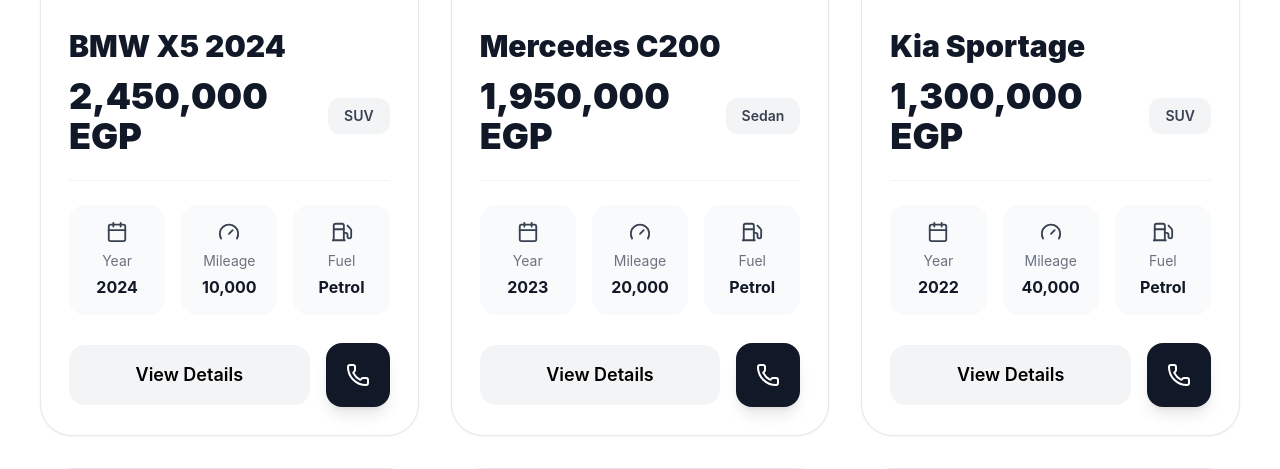
Repository: Hazem-Amr/Car-Price-Prediction
Page: / (app in frontend/)
The author's editor kept a copy of each file at every save. The page is drawn from the files as they stood at one save, then again after the next save.
The browser window is 1280 px wide. The pictures show the part of the page from y = 1918 to 2387 px (the page is 7592 px tall).
Pictures or frames that could not be fetched are drawn as grey boxes. The project was rebuilt for these pictures with package versions that can differ from the ones it lists, and the page was loaded fresh each time. Also part of the build but not shown: frontend/vite.config.js, frontend/src/components/PricePredictorSection.jsx, frontend/src/data/userListings.js, frontend/src/components/CarsFilter.jsx, frontend/src/pages/Cars.jsx, frontend/src/pages/CarDetails.jsx, frontend/src/pages/Brands.jsx, frontend/src/pages/About.jsx and 5 more.

Above is the page before, as saved 2026-05-27 22:58:34.

### frontend/index.html
<!doctype html>
<html lang="en">
  <head>
    <meta charset="UTF-8" />
    <link rel="icon" type="image/svg+xml" href="/favicon.svg" />
    <meta name="viewport" content="width=device-width, initial-scale=1.0" />
    <title>Tara</title>
  </head>
  <body>
    <div id="root"></div>
    <script type="module" src="/src/main.jsx"></script>
  </body>
</html>

### frontend/src/App.jsx
import React from "react";
import { Routes, Route } from "react-router-dom";
import MainLayout from "./layouts/MainLayout";
import Home from "./pages/Home";
import Cars from "./pages/Cars";
import CarDetails from "./pages/CarDetails";
import Brands from "./pages/Brands";
import About from "./pages/About";
import Contact from "./pages/Contact";
import PricePredictor from "./pages/PricePredictor";
import SellCar from "./pages/SellCar";

export default function App() {
  return (
    <Routes>
      <Route path="/" element={<MainLayout />}>
        <Route index element={<Home />} />
        <Route path="/cars" element={<Cars />} />
        <Route path="/cars/:id" element={<CarDetails />} />
        <Route path="/brands" element={<Brands />} />
        <Route path="/price-predictor" element={<PricePredictor />} />
        <Route path="/sell-car" element={<SellCar />} />
        <Route path="/about" element={<About />} />
        <Route path="/contact" element={<Contact />} />
      </Route>
    </Routes>
  );
}

### frontend/src/index.css
@tailwind base;
@tailwind components;
@tailwind utilities;

html,
body,
#root {
  width: 100%;
  min-height: 100%;
  margin: 0;
  padding: 0;
  overflow-x: hidden;
}

body {
  font-family: Inter, sans-serif;
  background: #ffffff;
}

* {
  box-sizing: border-box;
}

### frontend/src/layouts/MainLayout.jsx
import React from "react";
import { Outlet } from "react-router-dom";
import Navbar from "../components/Navbar";
import Footer from "../components/Footer";

export default function MainLayout() {
  return (
    <div className="w-full min-h-screen bg-white overflow-x-hidden">
      <Navbar />

      <main className="w-full">
        <Outlet />
      </main>

      <Footer />
    </div>
  );
}

### frontend/src/pages/Home.jsx
import Hero from "../components/Hero";
import SearchBar from "../components/SearchBar";
import FeaturedCars from "../components/FeaturedCars";
import BrandGrid from "../components/BrandGrid";
import StatsSection from "../components/StatsSection";
import CTASection from "../components/CTASection";
import PricePredictor from "../components/PricePredictorSection";
import BrowseCategories from "../components/BrowseCategories";

export default function Home() {
  return (
    <>
      <Hero />
      <SearchBar />
      <BrowseCategories />
      <FeaturedCars />
      <BrandGrid />
      <StatsSection />
      <CTASection />
    </>
  );
}

### frontend/src/components/Navbar.jsx
import React, { useState } from "react";
import { Link, NavLink } from "react-router-dom";
import { Menu, X } from "lucide-react";
import logo from "../assets/logo.png";

const navLinks = [
  {
    name: "Home",
    path: "/",
  },

  {
    name: "Cars",
    path: "/cars",
  },

  {
    name: "Brands",
    path: "/brands",
  },

  {
    name: "AI Pricing",
    path: "/price-predictor",
  },

  {
    name: "About",
    path: "/about",
  },

  {
    name: "Contact",
    path: "/contact",
  },
];

export default function Navbar() {
  const [isOpen, setIsOpen] = useState(false);

  return (
    <header className="fixed top-0 left-0 w-full z-50 bg-white/90 backdrop-blur-xl border-b border-gray-100">
      <div className="max-w-[1400px] mx-auto px-6 md:px-10">
        <div className="flex items-center justify-between h-24">
          {/* Logo */}
          <Link to="/" className="flex items-center">
            <img src={logo} alt="Tara Logo" className="h-14 object-contain" />
          </Link>

          {/* Desktop Nav */}
          <nav className="hidden lg:flex items-center gap-10">
            {navLinks.map((link) => (
              <NavLink
                key={link.name}
                to={link.path}
                className={({ isActive }) =>
                  `text-lg font-semibold transition-all duration-300 ${
                    isActive
                      ? "text-gray-900"
                      : "text-gray-500 hover:text-gray-900"
                  }`
                }
              >
                {link.name}
              </NavLink>
            ))}

            {/* CTA */}
            <Link to="/sell-car">
              <button className="bg-gray-900 hover:bg-black text-white px-7 py-3 rounded-2xl font-semibold transition-all duration-300 shadow-lg">
                Sell Your Car
              </button>
            </Link>
          </nav>

          {/* Mobile Menu Button */}
          <button
            onClick={() => setIsOpen(!isOpen)}
            className="lg:hidden w-12 h-12 rounded-2xl bg-gray-100 flex items-center justify-center"
          >
            {isOpen ? (
              <X size={26} className="text-gray-900" />
            ) : (
              <Menu size={26} className="text-gray-900" />
            )}
          </button>
        </div>
      </div>

      {/* Mobile Menu */}
      {isOpen && (
        <div className="lg:hidden bg-white border-t border-gray-100 shadow-xl">
          <div className="px-6 py-8 flex flex-col gap-5">
            {navLinks.map((link) => (
              <NavLink
                key={link.name}
                to={link.path}
                onClick={() => setIsOpen(false)}
                className={({ isActive }) =>
                  `text-lg font-semibold transition ${
                    isActive
                      ? "text-gray-900"
                      : "text-gray-500 hover:text-gray-900"
                  }`
                }
              >
                {link.name}
              </NavLink>
            ))}

            {/* Mobile CTA */}
            <Link to="/sell-car" onClick={() => setIsOpen(false)}>
              <button className="mt-4 w-full bg-gray-900 hover:bg-black text-white h-14 rounded-2xl font-semibold transition">
                Sell Your Car
              </button>
            </Link>
          </div>
        </div>
      )}
    </header>
  );
}

### frontend/src/components/Hero.jsx
import React from "react";
import { Link } from "react-router-dom";

export default function Hero() {
  return (
    <section className="w-full bg-[#f5f5f7] py-24 overflow-hidden">
      <div className="max-w-[1400px] mx-auto px-6 md:px-10 grid lg:grid-cols-2 gap-16 items-center">
        <div>
          <h1 className="text-6xl font-black leading-tight text-gray-900 mb-8">
            Find Your
            <br />
            Perfect Car
          </h1>

          <p className="text-xl text-gray-600 leading-9 mb-10">
            Buy and sell used cars easily with a modern marketplace experience.
          </p>

          <Link to="/cars">
            <button className="bg-[#111827] hover:bg-black text-white px-8 py-5 rounded-2xl text-lg font-semibold transition-all duration-300 shadow-lg">
              Browse Cars
            </button>
          </Link>
        </div>

        <div>
          <img
            src="https://images.unsplash.com/photo-1492144534655-ae79c964c9d7"
            alt="car"
            className="w-full h-[500px] object-cover rounded-[40px] shadow-2xl"
          />
        </div>
      </div>
    </section>
  );
}

### frontend/src/components/SearchBar.jsx
import React, { useState } from "react";
import { Search } from "lucide-react";
import { useNavigate } from "react-router-dom";

import { cars } from "../data/cars";

export default function SearchBar() {
  const [search, setSearch] = useState("");
  const [brand, setBrand] = useState("");

  const navigate = useNavigate();

  // Dynamic Brands From cars.js
  const brands = [...new Set(cars.map((car) => car.name.split(" ")[0]))];

  // Handle Search
  const handleSearch = () => {
    navigate(
      `/cars?search=${encodeURIComponent(
        search,
      )}&brand=${encodeURIComponent(brand)}`,
    );
  };

  return (
    <section className="relative -mt-16 z-20">
      <div className="max-w-[1200px] mx-auto px-6">
        {/* Container */}
        <div className="bg-white rounded-[32px] shadow-2xl border border-gray-100 p-6 md:p-8">
          {/* Search Grid */}
          <div className="grid grid-cols-1 md:grid-cols-4 gap-5 items-center">
            {/* Search Input */}
            <div className="md:col-span-2">
              <input
                type="text"
                placeholder="Search cars..."
                value={search}
                onChange={(e) => setSearch(e.target.value)}
                onKeyDown={(e) => e.key === "Enter" && handleSearch()}
                className="w-full h-16 rounded-2xl border border-gray-200 px-6 text-lg outline-none focus:border-gray-900 transition"
              />
            </div>

            {/* Dynamic Brand Select */}
            <select
              value={brand}
              onChange={(e) => setBrand(e.target.value)}
              className="h-16 rounded-2xl border border-gray-200 px-5 text-lg outline-none focus:border-gray-900 transition bg-white"
            >
              <option value="">Brand</option>

              {brands.map((brandName) => (
                <option key={brandName} value={brandName}>
                  {brandName}
                </option>
              ))}
            </select>

            {/* Search Button */}
            <button
              onClick={handleSearch}
              className="h-16 rounded-2xl bg-gray-900 hover:bg-black transition text-white font-semibold text-lg flex items-center justify-center gap-3 shadow-lg"
            >
              <Search size={22} />
              Search
            </button>
          </div>

          {/* Bottom Filters */}
          <div className="flex flex-wrap items-center gap-4 mt-6">
            <button
              onClick={() => navigate("/cars?search=suv")}
              className="px-5 py-2 rounded-full bg-gray-100 hover:bg-gray-900 hover:text-white transition font-medium"
            >
              SUV
            </button>

            <button
              onClick={() => navigate("/cars?search=sedan")}
              className="px-5 py-2 rounded-full bg-gray-100 hover:bg-gray-900 hover:text-white transition font-medium"
            >
              Sedan
            </button>

            <button
              onClick={() => navigate("/cars?search=automatic")}
              className="px-5 py-2 rounded-full bg-gray-100 hover:bg-gray-900 hover:text-white transition font-medium"
            >
              Automatic
            </button>

            <button
              onClick={() => navigate("/cars")}
              className="px-5 py-2 rounded-full bg-gray-100 hover:bg-gray-900 hover:text-white transition font-medium"
            >
              Used Cars
            </button>
          </div>
        </div>
      </div>
    </section>
  );
}

### frontend/src/components/FeaturedCars.jsx
import React, { useState } from "react";
import { Link } from "react-router-dom";
import CarCard from "./CarCard";
import { cars } from "../data/cars";

const tabs = [
  {
    id: "all",
    label: "Featured Cars",
  },

  {
    id: "latest",
    label: "Latest Listings",
  },

  {
    id: "luxury",
    label: "Luxury Cars",
  },

  {
    id: "budget",
    label: "Budget Cars",
  },
];

export default function FeaturedCars() {
  const [activeTab, setActiveTab] = useState("all");

  const filteredCars =
    activeTab === "all"
      ? cars
      : cars.filter((car) => car.category === activeTab);

  return (
    <section className="py-24 bg-white">
      <div className="max-w-[1400px] mx-auto px-6 md:px-10">
        {/* Header */}
        <div className="flex flex-col lg:flex-row lg:items-center lg:justify-between gap-8 mb-14">
          {/* Title */}
          <div>
            <h2 className="text-5xl font-black text-gray-900 mb-4">
              Explore Cars
            </h2>

            <p className="text-xl text-gray-500">
              Discover premium listings tailored for you
            </p>
          </div>

          {/* Tabs */}
          <div className="flex flex-wrap gap-4">
            {tabs.map((tab) => (
              <button
                key={tab.id}
                onClick={() => setActiveTab(tab.id)}
                className={`px-6 py-3 rounded-2xl font-semibold transition-all duration-300 ${
                  activeTab === tab.id
                    ? "bg-gray-900 text-white shadow-lg"
                    : "bg-gray-100 text-gray-700 hover:bg-gray-100 hover:text-gray-900"
                }`}
              >
                {tab.label}
              </button>
            ))}
          </div>
        </div>

        {/* Cars Grid */}
        <div className="grid grid-cols-1 md:grid-cols-2 xl:grid-cols-3 gap-8">
          {filteredCars.map((car) => (
            <div
              key={car.id}
              className="hover:-translate-y-2 transition duration-300"
            >
              <CarCard car={car} />
            </div>
          ))}
        </div>

        {/* Bottom CTA */}
        <div className="flex justify-center mt-16">
          <Link to="/cars">
            <button className="bg-gray-100 hover:bg-gray-900 hover:text-white transition-all duration-300 px-8 py-4 rounded-2xl font-semibold text-lg">
              View All Cars
            </button>
          </Link>
        </div>
      </div>
    </section>
  );
}

### frontend/src/components/StatsSection.jsx
import React from "react";
import { Car, Users, BadgeCheck, Headphones } from "lucide-react";

const stats = [
  {
    value: "25K+",
    label: "Cars Listed",
    icon: Car,
  },
  {
    value: "10K+",
    label: "Happy Clients",
    icon: Users,
  },
  {
    value: "120+",
    label: "Brands",
    icon: BadgeCheck,
  },
  {
    value: "24/7",
    label: "Support",
    icon: Headphones,
  },
];

export default function StatsSection() {
  return (
    <section className="py-24 bg-[#f5f5f7]">
      <div className="max-w-[1400px] mx-auto px-6 md:px-10">
        {/* Header */}
        <div className="text-center mb-16">
          <h2 className="text-5xl font-black text-gray-900 mb-5">
            Trusted By Thousands
          </h2>

          <p className="text-xl text-gray-500">
            Egypt's leading car marketplace platform
          </p>
        </div>

        {/* Stats */}
        <div className="grid grid-cols-1 sm:grid-cols-2 lg:grid-cols-4 gap-8">
          {stats.map((item) => {
            const Icon = item.icon;

            return (
              <div
                key={item.label}
                className="bg-white rounded-3xl p-10 shadow-sm border border-gray-100 hover:shadow-2xl hover:-translate-y-2 transition-all duration-300"
              >
                {/* Icon */}
                <div className="w-16 h-16 rounded-2xl bg-gray-100 flex items-center justify-center mb-8">
                  <Icon size={32} className="text-gray-900" />
                </div>

                {/* Number */}
                <h3 className="text-5xl font-black text-gray-900 mb-4">
                  {item.value}
                </h3>

                {/* Label */}
                <p className="text-gray-500 text-lg">{item.label}</p>
              </div>
            );
          })}
        </div>
      </div>
    </section>
  );
}

### frontend/src/components/CTASection.jsx
import React from "react";
import { Link } from "react-router-dom";
import ctaCar from "../assets/cta-car.png";

export default function CTASection() {
  return (
    <section className="py-24 bg-white overflow-hidden">
      <div className="max-w-[1400px] mx-auto px-6 md:px-10">
        {/* CTA Card */}
        <div className="relative overflow-hidden rounded-[40px] bg-gradient-to-br from-[#0f172a] via-[#111827] to-[#1e293b] px-10 py-20 md:px-20">
          {/* Background Glow */}
          <div className="absolute top-0 right-0 w-[500px] h-[500px] bg-blue-500/10 rounded-full blur-3xl"></div>

          {/* Grid */}
          <div className="relative z-10 grid lg:grid-cols-2 gap-10 items-center">
            {/* LEFT CONTENT */}
            <div>
              {/* Badge */}
              <div className="inline-flex items-center gap-2 bg-white/10 backdrop-blur px-5 py-2 rounded-full text-white text-sm font-medium mb-8">
                Premium Marketplace
              </div>

              {/* Heading */}
              <h2 className="text-5xl md:text-6xl font-black text-white leading-tight mb-8">
                Ready To Find
                <br />
                Your Dream Car?
              </h2>

              {/* Text */}
              <p className="text-xl text-gray-300 leading-9 mb-12 max-w-2xl">
                Browse thousands of verified premium listings from trusted
                dealers across Egypt.
              </p>

              {/* Buttons */}
              <div className="flex flex-wrap gap-5">
                {/* Explore Cars */}
                <Link to="/cars">
                  <button className="bg-white text-gray-900 hover:bg-gray-200 transition-all duration-300 px-8 py-5 rounded-2xl text-lg font-semibold shadow-xl">
                    Explore Cars
                  </button>
                </Link>

                {/* Sell Your Car */}
                <Link to="/sell-car">
                  <button className="bg-white/10 hover:bg-white hover:text-gray-900 text-white transition-all duration-300 px-8 py-5 rounded-2xl text-lg font-semibold backdrop-blur border border-white/10">
                    Sell Your Car
                  </button>
                </Link>
              </div>
            </div>

            {/* RIGHT SIDE */}
            <div className="relative hidden lg:flex items-center justify-center">
              {/* Large Glow */}
              <div className="absolute w-[500px] h-[500px] bg-blue-500/20 blur-3xl rounded-full"></div>

              {/* Car PNG */}
              <img
                src={ctaCar}
                alt="Luxury Car"
                className="relative z-10 w-[720px] object-contain drop-shadow-[0_40px_80px_rgba(0,0,0,0.55)] hover:scale-105 transition duration-700"
              />

              {/* Floating Card */}
              <div className="absolute bottom-10 left-0 bg-white rounded-3xl px-6 py-5 shadow-2xl z-20">
                <p className="text-gray-500 text-sm mb-1">Premium Listings</p>

                <h3 className="text-4xl font-black text-gray-900">25K+</h3>
              </div>

              {/* Floating Badge */}
              <div className="absolute top-16 right-10 bg-white/10 backdrop-blur border border-white/10 text-white px-5 py-3 rounded-2xl z-20">
                Verified Dealers
              </div>
            </div>
          </div>
        </div>
      </div>
    </section>
  );
}

### frontend/src/data/cars.js
export const cars = [
  {
    id: 1,
    name: "BMW X5 2024",
    price: "2,450,000 EGP",
    image:
      "https://media.ed.edmunds-media.com/bmw/x5/2024/oem/2024_bmw_x5_4dr-suv_xdrive40i_fq_oem_1_815.jpg",
    year: 2024,
    km: "10,000",
    transmission: "Automatic",
    bodyType: "SUV",
    fuelType: "Petrol",
    color: "Blue",
    condition: "Excellent",
    phone: "+201012345678",
  },

  {
    id: 2,
    name: "Mercedes C200",
    price: "1,950,000 EGP",
    image: "https://images.unsplash.com/photo-1492144534655-ae79c964c9d7",
    year: 2023,
    km: "20,000",
    transmission: "Automatic",
    bodyType: "Sedan",
    fuelType: "Petrol",
    color: "White",
    condition: "Excellent",
    phone: "+201098765432",
  },

  {
    id: 3,
    name: "Kia Sportage",
    price: "1,300,000 EGP",
    image: "https://images.unsplash.com/photo-1503376780353-7e6692767b70",
    year: 2022,
    km: "40,000",
    transmission: "Automatic",
    bodyType: "SUV",
    fuelType: "Petrol",
    color: "Gray",
    condition: "Good",
    phone: "+201011122233",
  },

  {
    id: 4,
    name: "Audi RS7",
    price: "3,200,000 EGP",
    image: "https://images.unsplash.com/photo-1502877338535-766e1452684a",
    year: 2024,
    km: "5,000",
    transmission: "Automatic",
    bodyType: "Coupe",
    fuelType: "Petrol",
    color: "Red",
    condition: "Excellent",
    phone: "+201055566677",
  },

  {
    id: 5,
    name: "Toyota Corolla",
    price: "1,100,000 EGP",
    image: "https://images.unsplash.com/photo-1494905998402-395d579af36f",
    year: 2023,
    km: "15,000",
    transmission: "Automatic",
    bodyType: "Sedan",
    fuelType: "Petrol",
    color: "Silver",
    condition: "Excellent",
    phone: "+201022233344",
  },

  {
    id: 6,
    name: "Hyundai Elantra",
    price: "850,000 EGP",
    image: "https://images.unsplash.com/photo-1549399542-7e3f8b79c341",
    year: 2022,
    km: "35,000",
    transmission: "Automatic",
    bodyType: "Sedan",
    fuelType: "Petrol",
    color: "Blue",
    condition: "Good",
    phone: "+201077788899",
  },

  {
    id: 7,
    name: "Porsche Cayenne",
    price: "4,100,000 EGP",
    image: "https://images.unsplash.com/photo-1502161254066-6c74afbf07aa",
    year: 2024,
    km: "2,000",
    transmission: "Automatic",
    bodyType: "SUV",
    fuelType: "Petrol",
    color: "Black",
    condition: "Excellent",
    phone: "+201066677788",
  },

  {
    id: 8,
    name: "Range Rover Sport",
    price: "5,300,000 EGP",
    image: "https://images.unsplash.com/photo-1511919884226-fd3cad34687c",
    year: 2024,
    km: "1,000",
    transmission: "Automatic",
    bodyType: "SUV",
    fuelType: "Hybrid",
    color: "White",
    condition: "Excellent",
    phone: "+201044455566",
  },

  {
    id: 9,
    name: "Nissan Sunny",
    price: "690,000 EGP",
    image: "https://images.unsplash.com/photo-1489824904134-891ab64532f1",
    year: 2021,
    km: "55,000",
    transmission: "Automatic",
    bodyType: "Sedan",
    fuelType: "Petrol",
    color: "Silver",
    condition: "Fair",
    phone: "+201099988877",
  },

  {
    id: 10,
    name: "Chevrolet Captiva",
    price: "980,000 EGP",
    image: "https://images.unsplash.com/photo-1494976388531-d1058494cdd8",
    year: 2023,
    km: "18,000",
    transmission: "Automatic",
    bodyType: "SUV",
    fuelType: "Petrol",
    color: "Gray",
    condition: "Excellent",
    phone: "+201033344455",
  },

  {
    id: 11,
    name: "Tesla Model S",
    price: "3,900,000 EGP",
    image: "https://images.unsplash.com/photo-1503736334956-4c8f8e92946d",
    year: 2024,
    km: "3,000",
    transmission: "Automatic",
    bodyType: "Sedan",
    fuelType: "Electric",
    color: "Black",
    condition: "Excellent",
    phone: "+201088899900",
  },

  {
    id: 12,
    name: "Volkswagen Golf GTI",
    price: "1,450,000 EGP",
    image: "https://images.unsplash.com/photo-1544636331-e26879cd4d9b",
    year: 2022,
    km: "25,000",
    transmission: "Automatic",
    bodyType: "Hatchback",
    fuelType: "Petrol",
    color: "Red",
    condition: "Good",
    phone: "+201011199988",
  },
];

Loaded but not shown: frontend/src/main.jsx (common file); frontend/tailwind.config.js (common file); frontend/src/components/BrandGrid.jsx (154 lines, source omitted); frontend/src/components/Footer.jsx (125 lines, source omitted); frontend/src/components/CarCard.jsx (112 lines, source omitted); frontend/src/components/BrowseCategories.jsx (160 lines, source omitted)

After the next save:
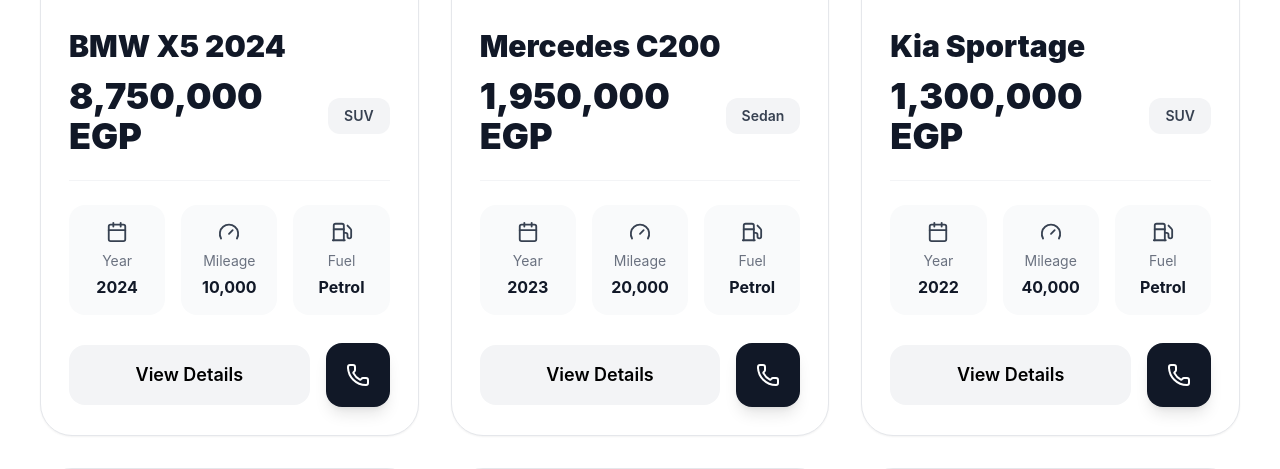
Saved 89 s later.
--- a/frontend/src/data/cars.js
+++ b/frontend/src/data/cars.js
@@ -2,7 +2,7 @@
   {
     id: 1,
     name: "BMW X5 2024",
-    price: "2,450,000 EGP",
+    price: "8,750,000 EGP",
     image:
       "https://media.ed.edmunds-media.com/bmw/x5/2024/oem/2024_bmw_x5_4dr-suv_xdrive40i_fq_oem_1_815.jpg",
     year: 2024,
